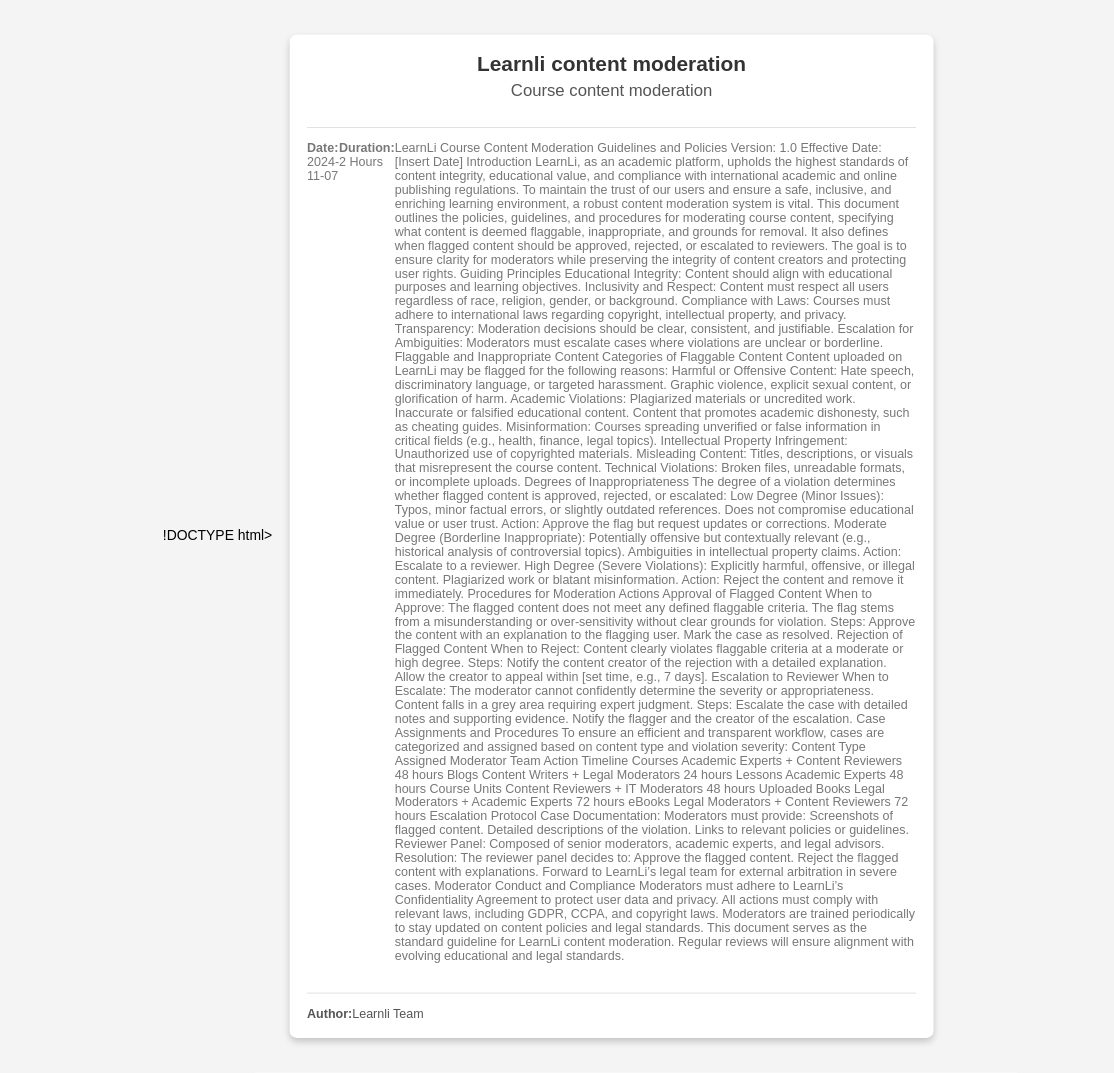
Repository: Learnli23/Learnli
Page: Learnli/users/templates/course_guide.html
An editor plug-in stored every save of this project. The page is shown before and after the next save, followed by the edit.
The browser window is 1280 px wide. The pictures show the whole page, at 87% of full size.
The template is drawn by Django 2.2. The application's start-up code is not run. The template is opened directly, without the code that normally fills it, so the values that code supplies are empty.

Above is the page before, as saved 2024-12-05 20:18:35.

After the next save:
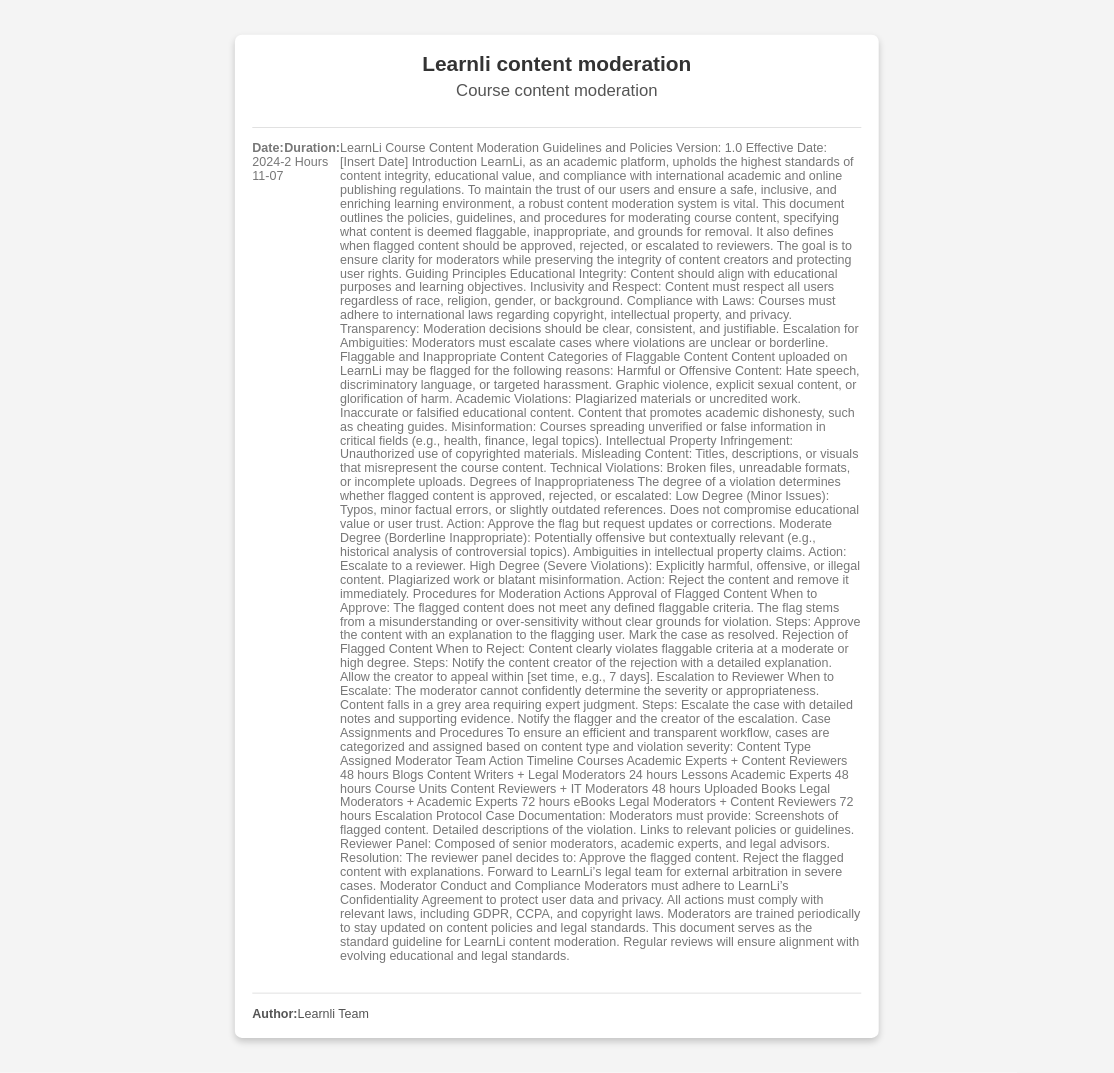
Saved 33 s later.
--- a/Learnli/users/templates/course_guide.html
+++ b/Learnli/users/templates/course_guide.html
@@ -1,9 +1,3 @@
-!DOCTYPE html>
-<html lang="en">
-<head>
-  <meta charset="UTF-8">
-  <meta name="viewport" content="width=device-width, initial-scale=1.0">
-  <title>Exam Paper Card</title>
 
   <style>
     /* Exam Paper Card Styling */
